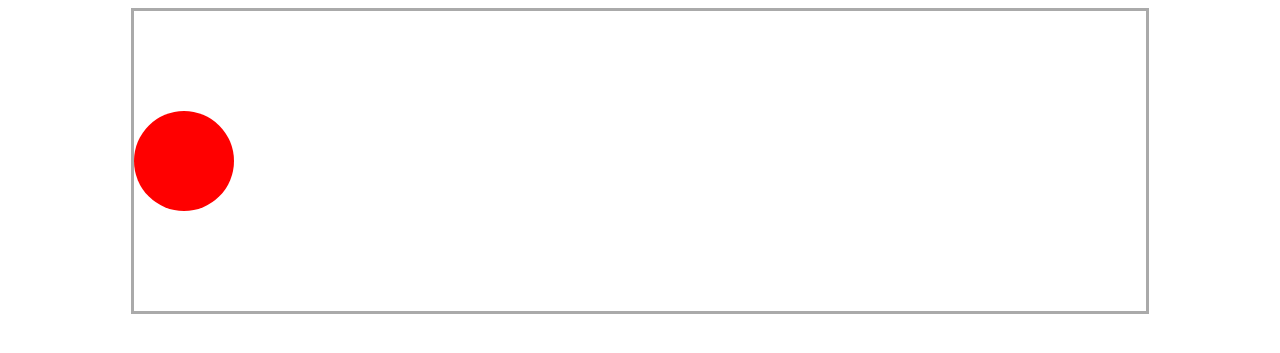
Repository: taoxiaofeng/hello-javascript
Page: demo/demo.html
These files come from the project's save history. The page is drawn as it stood at one moment and after a run of saves; the edit follows.
The browser window is 1280 px wide. The pictures show the whole page.

Above is the page before, as saved 2024-07-13 14:25:27.

After the next 2 saves:
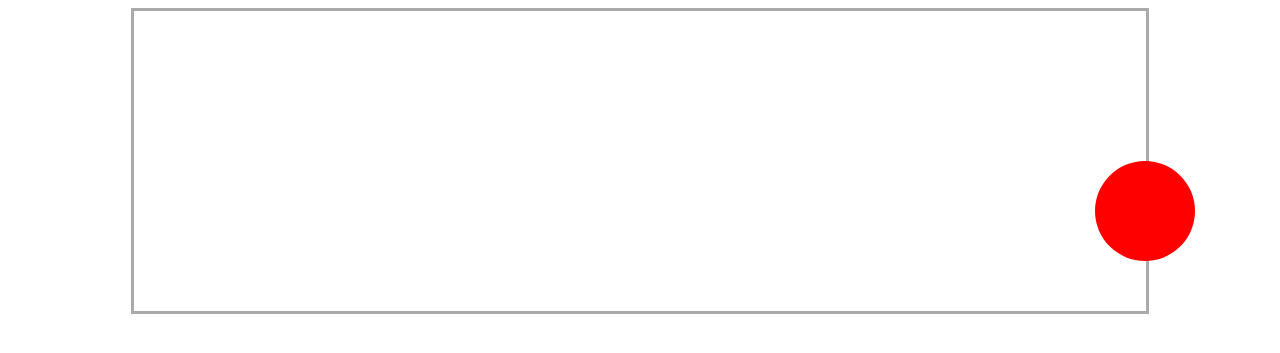
The 2 saves are shown as one change because they came seconds apart.
The last was saved 55 s later.
--- a/demo/demo.html
+++ b/demo/demo.html
@@ -27,7 +27,7 @@
         @keyframes move {
             50% {
                 /* calc(父元素的宽度 - 自身的宽度) ->  自身的宽度是100% -> calc(父元素的宽度 - 100%) */
-                transform: translateX();
+                transform: translateX(calc(var(--w) - 100%));
             }
         }
     </style>
